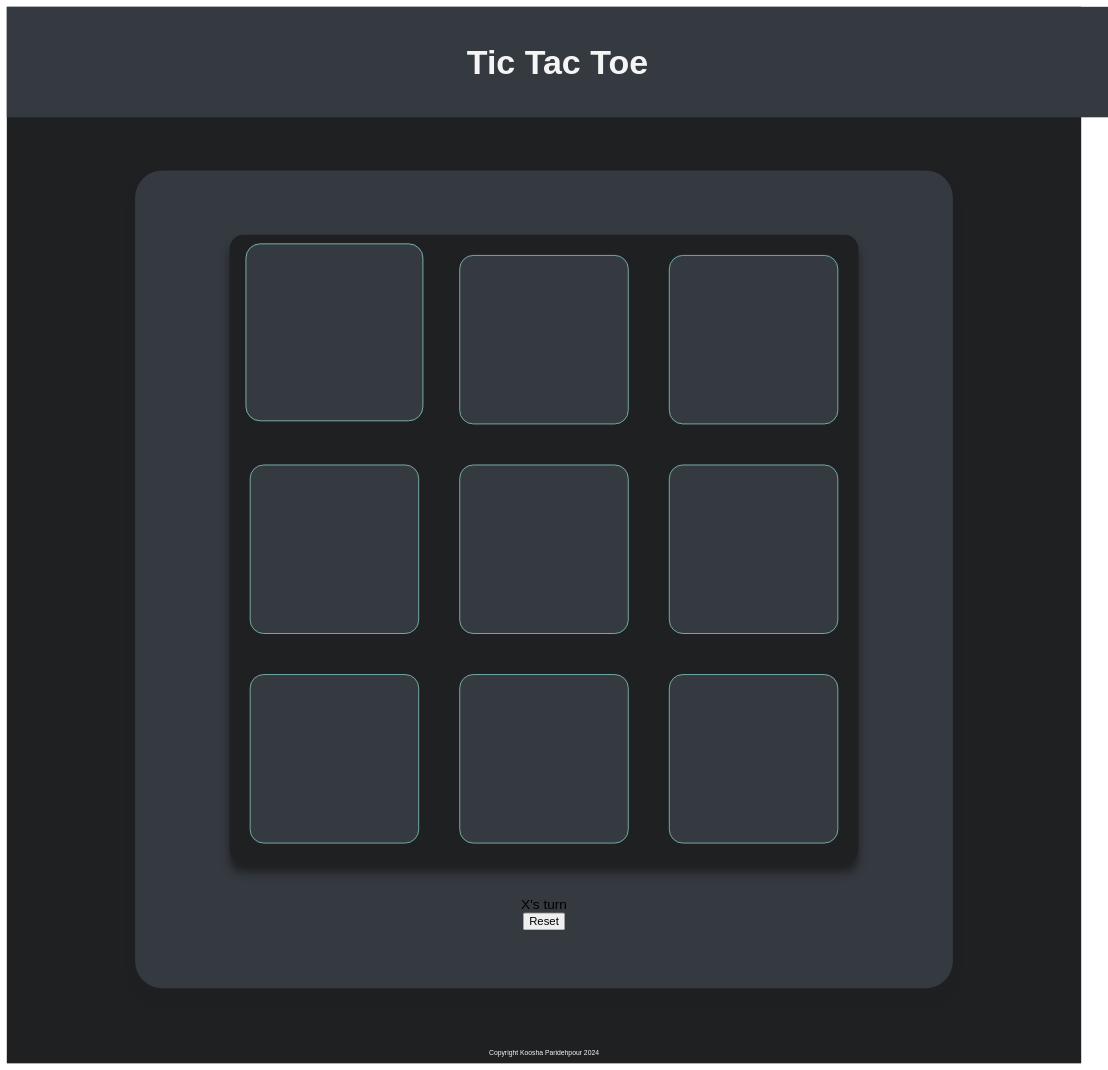
Repository: KooshaPari/odin-TTT
Page: index.html
The author's editor kept a copy of each file at every save. The page is drawn from the files as they stood at one save, then again after the next save.
The browser window is 1280 px wide. The page is 1304 px wide, so the pictures cover 1304 px, including what lies to the right of the window. The pictures show the whole page, at 85% of full size.
The pointer rests on the first visible `.square`.

Above is the page before, as saved 2024-03-14 23:07:35.

### index.html
<!doctype html>
<html lang="en">
  <head>
    <meta charset="UTF-8" />

    <link rel="stylesheet" href="./style.css" />
    <meta name="viewport" content="width=device-width, initial-scale=1.0" />
    <title>Document</title>
  </head>
  <body>
    <div id="parent">
      <div id="header">
        <h1>Tic Tac Toe</h1>
      </div>
      <div id="body">
        <div id="game">
          <div id="board">
            <div class="square" id="0"></div>
            <div class="square" id="1"></div>
            <div class="square" id="2"></div>
            <div class="square" id="3"></div>
            <div class="square" id="4"></div>
            <div class="square" id="5"></div>
            <div class="square" id="6"></div>
            <div class="square" id="7"></div>
            <div class="square" id="8"></div>
          </div>
          <div id="status">X's turn</div>
          <button id="reset">Reset</button>
        </div>
      </div>
      <div id="footer">
        <p>Copyright Koosha Paridehpour 2024</p>
      </div>
    </div>
  </body>
</html>

### style.css
* {
  font-family: sans-serif;
}
#parent {
  background-color: #1f2022;
  width: 100%;
  height: 100%;
}
#header {
  background-color: #353a40;
  padding: 1.25%;
  width: 100%;
  height: 100%;
}
#header h1 {
  color: #f6f5f5;

  font-size: 2.5em;
}
#footer p {
  color: #f6f5f5;
  font-size: 0.5em;
}

#header,
#footer,
#body {
  display: flex;
  align-items: center;
  justify-content: center;
}
#title {
  color: #f6f5f5;
}
#body {
  flex-direction: column;
}
#game {
  transition: 2.5s ease-in-out;
  display: flex;
  flex-direction: column;
  justify-content: center;
  align-items: center;
  background-color: #353a40;
  border-radius: 2em;
  margin: 5vw;
  box-shadow: 0px 10px 10px #1f2022;
  width: 75vw;
  height: 75vw;
  -webkit-border-radius: 2em;
  -moz-border-radius: 2em;
  -ms-border-radius: 2em;
  -o-border-radius: 2em;
  -webkit-transition: 2.5s ease-in-out;
  -moz-transition: 2.5s ease-in-out;
  -ms-transition: 2.5s ease-in-out;
  -o-transition: 2.5s ease-in-out;
}
#board {
  display: grid;
  grid-template-columns: 1fr 1fr 1fr;
  width: 75%;
  transition: 1s ease-in-out;
  height: 75%;
  background-color: #1f2022;
  border-radius: 1em;
  margin: 2em;

  align-items: center;
  justify-content: center;
  box-shadow: 0px 10px 10px #1f2022;
  -webkit-border-radius: 1em;
  -moz-border-radius: 1em;
  -ms-border-radius: 1em;
  -o-border-radius: 1em;
  -webkit-transition: 1s ease-in-out;
  -moz-transition: 1s ease-in-out;
  -ms-transition: 1s ease-in-out;
  -o-transition: 1s ease-in-out;
}
#board:hover {
  transform: scale(1.025) translate(0, -1em);
  transition: 0.5s ease-in-out;
  -webkit-transform: scale(1.025) translate(0, -1em);
  -moz-transform: scale(1.025) translate(0, -1em);
  -ms-transform: scale(1.025) translate(0, -1em);
  -o-transform: scale(1.025) translate(0, -1em);
  -webkit-transition: 0.5s ease-in-out;
  -moz-transition: 0.5s ease-in-out;
  -ms-transition: 0.5s ease-in-out;
  -o-transition: 0.5s ease-in-out;
}
#game:hover {
  transform: scale(1.05) translate(0, -0.5em);
  transition: 10s ease-in-out;
  -webkit-transform: scale(1.05) translate(0, -0.5em);
  -moz-transform: scale(1.05) translate(0, -0.5em);
  -ms-transform: scale(1.05) translate(0, -0.5em);
  -o-transform: scale(1.05) translate(0, -0.5em);
  -webkit-transition: 10s ease-in-out;
  -moz-transition: 10s ease-in-out;
  -ms-transition: 10s ease-in-out;
  -o-transition: 10s ease-in-out;
}
.square {
  justify-self: center;
  border: 0.1px solid #7ebab5;
  width: 80%;
  flex: 0;
  border-radius: 1em;
  height: 80%;
  background-color: #353a40;
  text-align: center;
  justify-content: center;
  display: flex;
  cursor: pointer;
  align-items: center;
  white-space: nowrap;
}
.square p {
  font-size: 4em;
  color: #7ebab5;
  font-weight: bold;
  overflow: hidden;
  align-self: center;
  justify-self: center;
  text-align: center;
  padding: 0;
  margin: 0;
  display: inline;
}
.square:hover {
  transform: scale(1.05) translate(0, -0.5em);
  -webkit-transform: scale(1.05) translate(0, -0.5em);
  -moz-transform: scale(1.05) translate(0, -0.5em);
  -ms-transform: scale(1.05) translate(0, -0.5em);
  -o-transform: scale(1.05) translate(0, -0.5em);
}

After the next save:
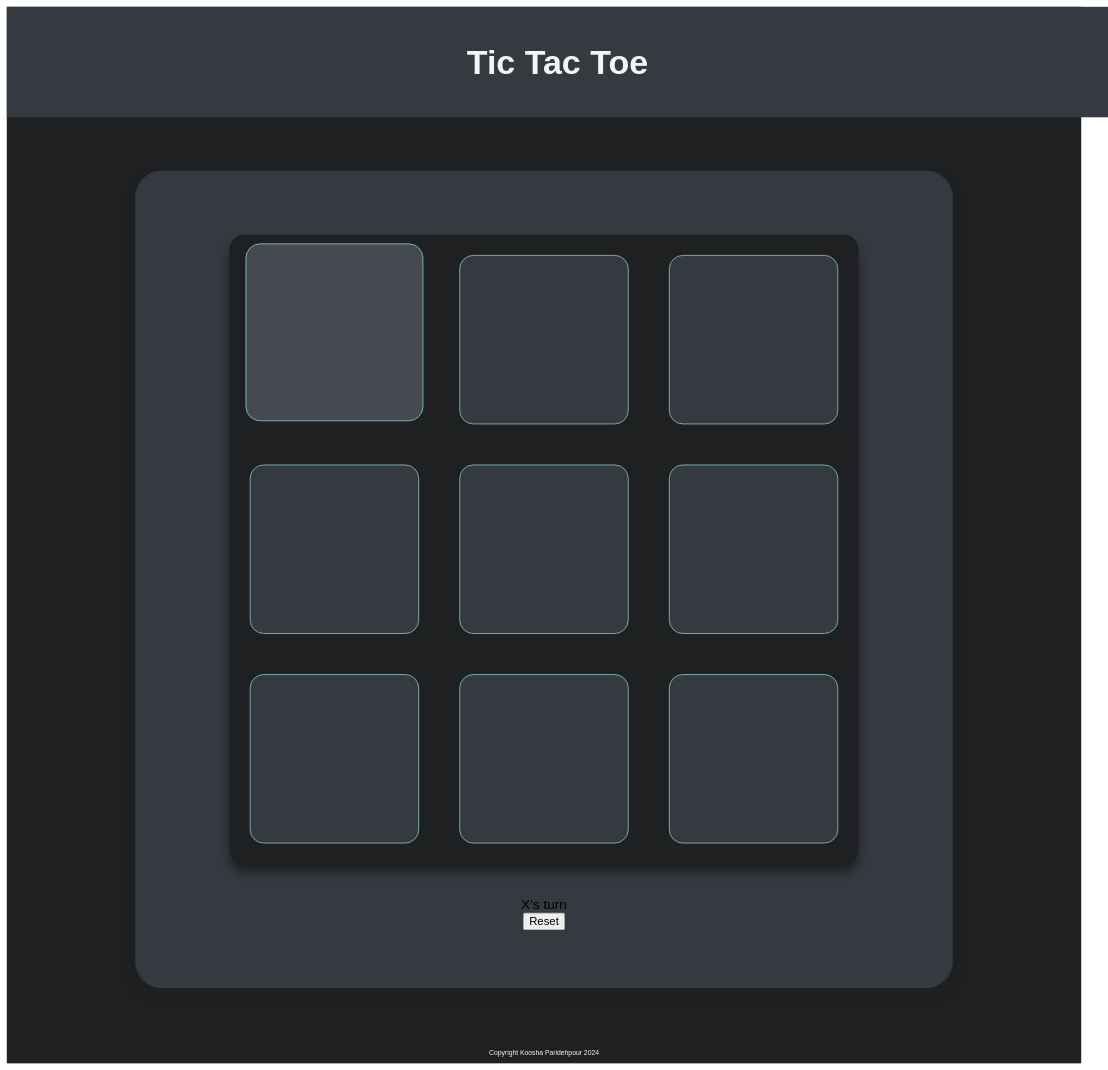
Saved 12 s later.
--- a/style.css
+++ b/style.css
@@ -131,6 +131,7 @@
 }
 .square:hover {
   transform: scale(1.05) translate(0, -0.5em);
+  background-color: #454a50;
   -webkit-transform: scale(1.05) translate(0, -0.5em);
   -moz-transform: scale(1.05) translate(0, -0.5em);
   -ms-transform: scale(1.05) translate(0, -0.5em);
